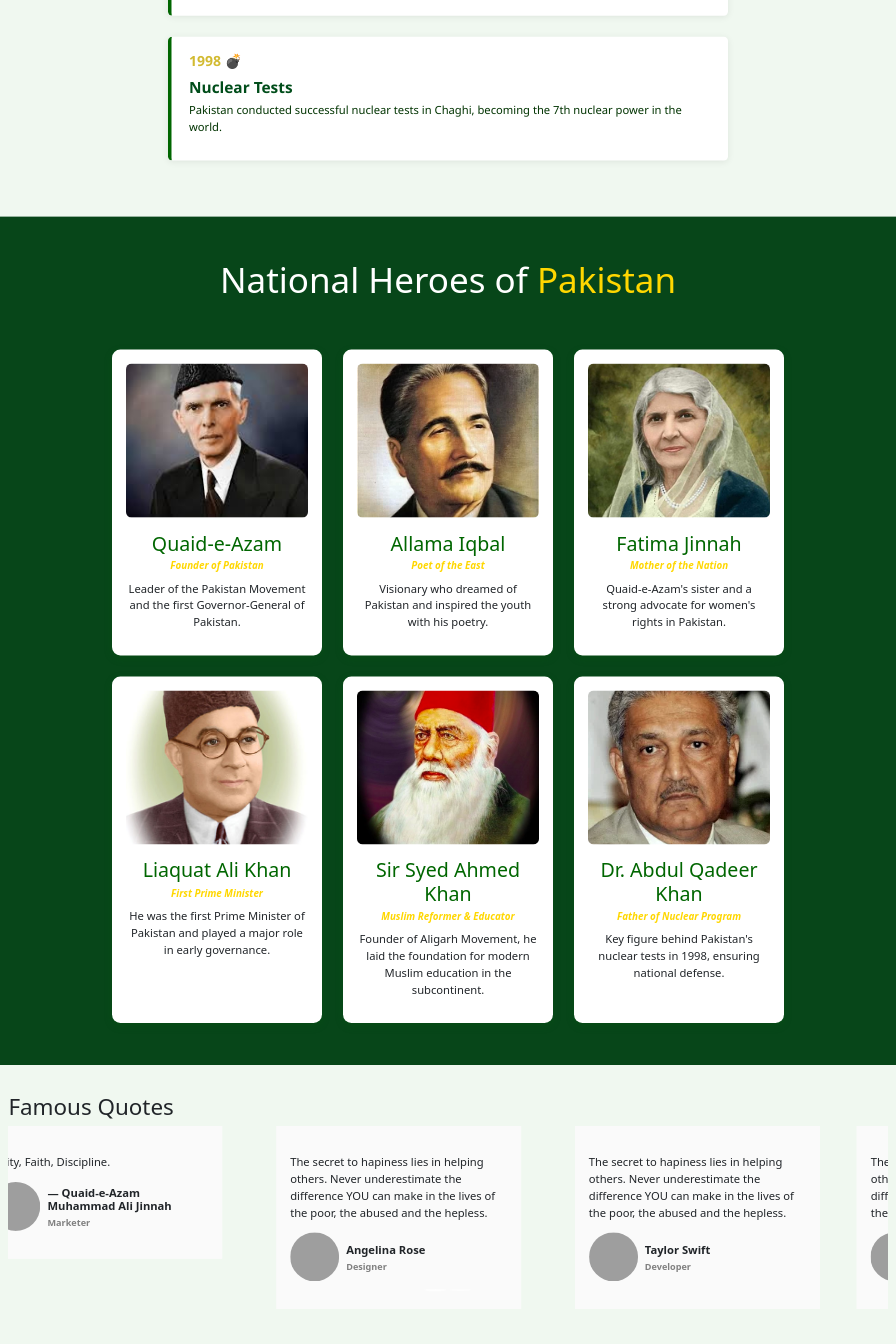
Repository: memonmuhammadali98/Pakistan-Independence-Day
Page: index.html
The author's editor kept a copy of each file at every save. The page is drawn from the files as they stood at one save, then again after the next save.
The browser window is 1280 px wide. The pictures show the part of the page from y = 2709 to 4629 px (the page is 4629 px tall), at 70% of full size.
Pictures or frames that could not be fetched are drawn as grey boxes.

Above is the page before, as saved 2025-08-08 17:32:09.
Console error: TypeError: Cannot set properties of null (setting 'innerHTML')

After the next save:
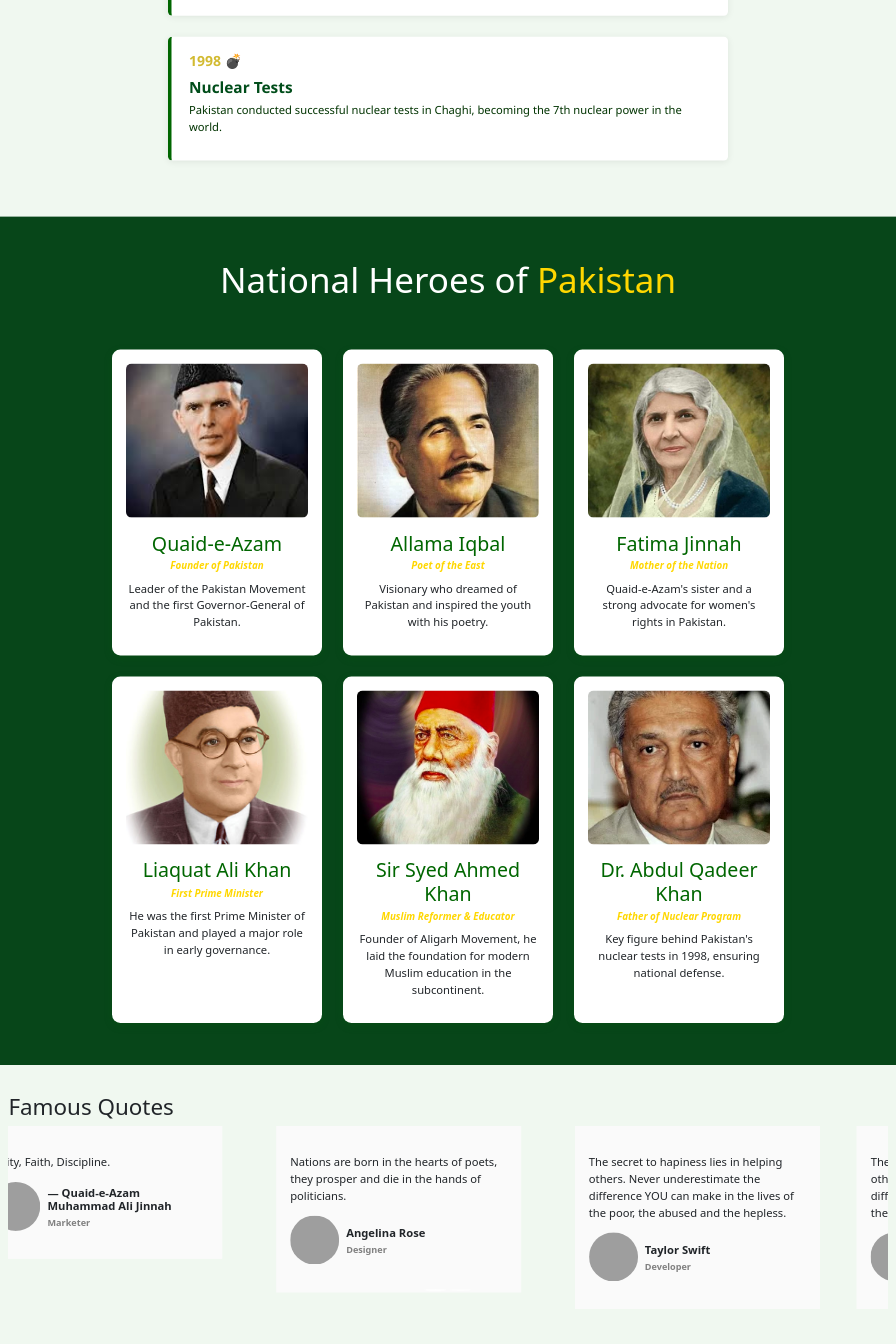
Saved 42 s later.
--- a/index.html
+++ b/index.html
@@ -277,7 +277,7 @@
 
           <div class="testi-card-1">
       <div class="testi-para">
-        <p>The secret to hapiness lies in helping others. Never underestimate the difference YOU can make in the lives of the poor, the abused and the hepless.</p>
+        <p>Nations are born in the hearts of poets, they prosper and die in the hands of politicians.</p>
       </div>
       <div class="testi-intro">
         <img src="./Assets/volunteer-img-2.jpg" alt="pfp" class="testi-pfp">
